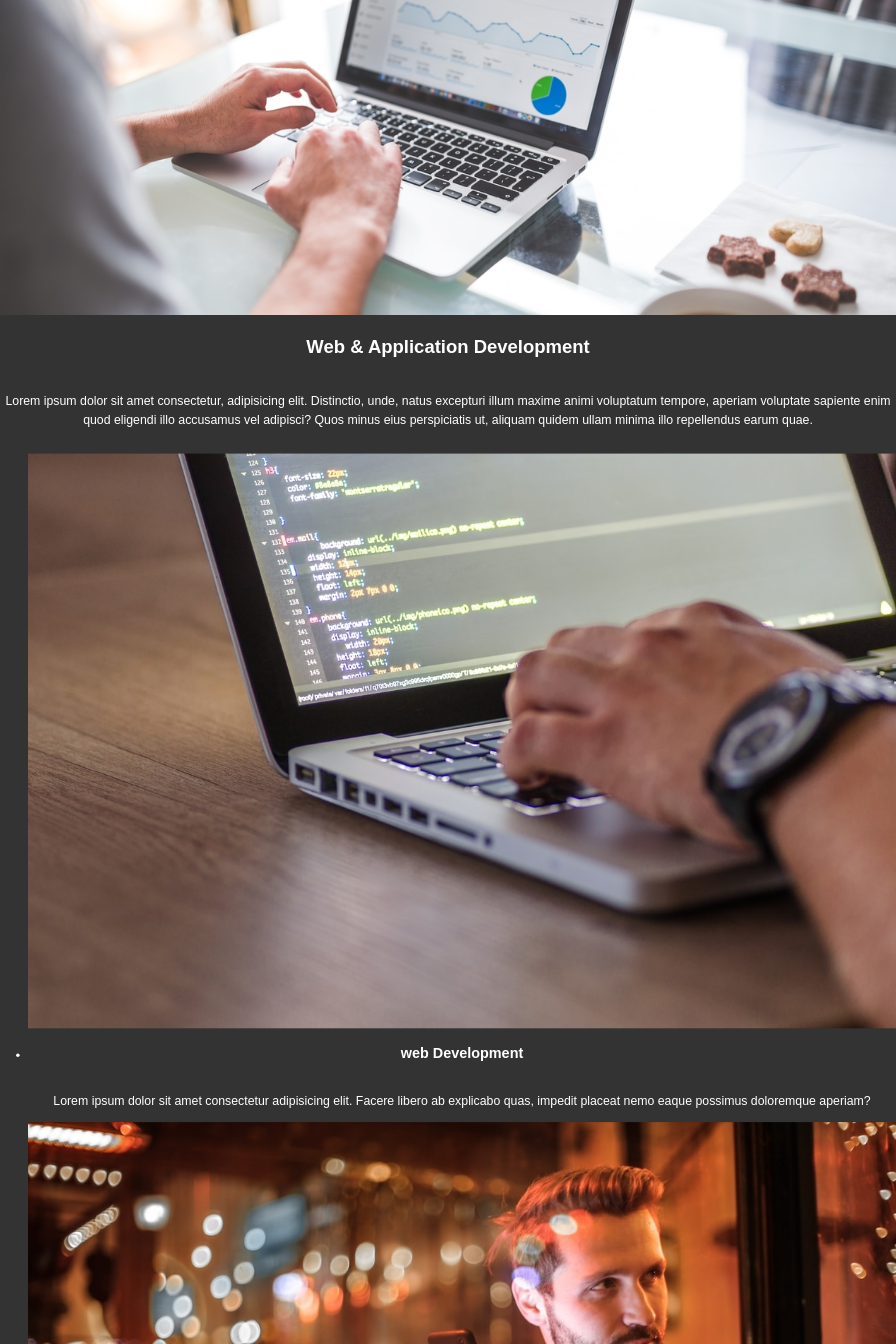
Repository: ErikBaer/MobileFirst
Page: index.html
These files come from the project's save history. The page is drawn as it stood at one moment and after the next save; the edit follows.
The browser window is 1280 px wide. The pictures show the part of the page from y = 0 to 1920 px (the page is 4144 px tall), at 70% of full size.

Above is the page before, as saved 2020-02-15 02:52:10.

### index.html
<!DOCTYPE html>
<html lang="en">
<head>
    <meta charset="UTF-8">
    <meta name="viewport" content="width=device-width, initial-scale=1.0">
    <link rel="stylesheet" type="text/css" href="style.css">
    <title>Acme Web Solutions</title>
</head>
<body>
    <!--Header Showcase -->
   <header id="showcase" class="grid">
    <div class="bg-image"></div>
    <h1>Welcome to Acme Web Solutions</h1>
    <p>Lorem ipsum, dolor sit amet consectetur adipisicing elit.
         Consequuntur voluptas sed, rerum voluptatibus facilis
         earum consectetur repellendus? Natus, consequuntur cum!
        </p>
    <a href="#section-b" class="btn">Read More</a>
</header>

<!-- Main Area -->

<main id="main">

    <!-- Section A -->

    <section id="section-a" class="grid">
        <div class="content-wrap">
            <h2 class="content-title">Web & Application Development</h2>
            <p>Lorem ipsum dolor sit amet consectetur, adipisicing elit.
                Distinctio, unde, natus excepturi illum maxime animi
                voluptatum tempore, aperiam voluptate sapiente enim quod
                 eligendi illo accusamus vel adipisci? Quos minus eius
                 perspiciatis ut, aliquam quidem ullam minima illo
                 repellendus earum quae.</p>
        </div>
    </section>

    <!-- Section B -->

    <section id="section-b" class="grid">
        <ul>
            <li>
                <div class="card">
                    <img src="./Assets/Coding-Person.jpg" alt="">
                    <div class="card-content">
                        <h3 class="card-title">web Development</h3>
                        <p>Lorem ipsum dolor sit amet consectetur
                            adipisicing elit. Facere libero ab explicabo
                            quas, impedit placeat nemo eaque possimus
                            doloremque aperiam?</p>
                    </div>
                </div>
            </li>
            <li>
                <div class="card">
                    <img src="./Assets/mobile-man.jpg" alt="">
                    <div class="card-content">
                        <h3 class="card-title">Mobile Applications</h3>
                        <p>Lorem ipsum dolor sit amet consectetur
                            adipisicing elit. Facere libero ab explicabo
                            quas, impedit placeat nemo eaque possimus
                            doloremque aperiam?</p>
                    </div>
                </div>
            </li>
            <li>
                <div class="card">
                    <img src="./Assets/Charts.jpg" alt="">
                    <div class="card-content">
                        <h3 class="card-title">Tech Marketing</h3>
                        <p>Lorem ipsum dolor sit amet consectetur
                            adipisicing elit. Facere libero ab explicabo
                            quas, impedit placeat nemo eaque possimus
                            doloremque aperiam?</p>
                    </div>
                </div>
            </li>
        </ul>
    </section>

    <!-- Section C -->
    <section id="section-c" class="grid">
        <div class="content-wrap">
            <h2 class="content-title"> We handle all of your digital needs</h2>
            <p>Lorem, ipsum dolor sit amet consectetur adipisicing elit.
                Neque asperiores pariatur dolorem ipsum dicta recusandae
                 optio vel doloremque deserunt maiores?</p>
        </div>
    </section>

    <!-- Section D -->

    <section class="section-d grid">
        <div class="box">
            <h2 class="content-title">Contact Us</h2>
            <p>Lorem ipsum dolor sit, amet consectetur adipisicing elit.
                 Alias, totam quas ipsam doloremque dignissimos doloribus
                 laudantium aut provident dolore. Maxime!</p>
            <p>contact@acmewebsolutions.test</p>
        </div>
        <div class="box">
            <h2 class="content-title">About Our Company</h2>
            <p>Lorem ipsum dolor, sit amet consectetur adipisicing elit.
                Delectus ut placeat, nulla inventore laboriosam quisquam!
                Porro, asperiores libero molestiae a facilis et, ex magni
                 nostrum rem delectus quia ut? Vitae.</p>
        </div>
    </section>
</main>

<!-- Footer -->

<footer id="main-footer" class="grid">
    <div>Acme Web Solutins</div>
    <div>Project by <a href="www.baerdata.de" target="blank">Erik Baer</a></div>
</footer>

</body>
</html>

### style.css
body {
    margin: 0;
    font-family: Arial, Helvetica, sans-serif;
    background-color: #333;
    color: white;
    font-size:1.1em;
    line-height: 1.5;
    text-align: center;
}

img {
    display:block;
    width:100%;
    height: auto;
}

h1, h2, h3 {
    margin:0;
    padding: 1em 0;
}

p {
    margin: 0;
    padding: 1em 0;
}

.btn {
    display: inline-block;
    background: 333;
    color: white;
    text-decoration: none;
    padding: 1em 2em;
    border: 1px solid #666;
    margin: .5em 0
}

.btn:hover {
  background: #eaeaea;
  color: #333;
}

/* Header Showcase */

#showcase {
    min-height: 450px;
    color: #fff;
    text-align: center;
}

#showcase .bg-image {
    position: absolute;
    background: #333 url(/Assets/charts.jpg);
    background-position: center;
    background-repeat: no-repeat;
    background-size: cover;
    width: 100%;
    height: 450px;
}

After the next save:
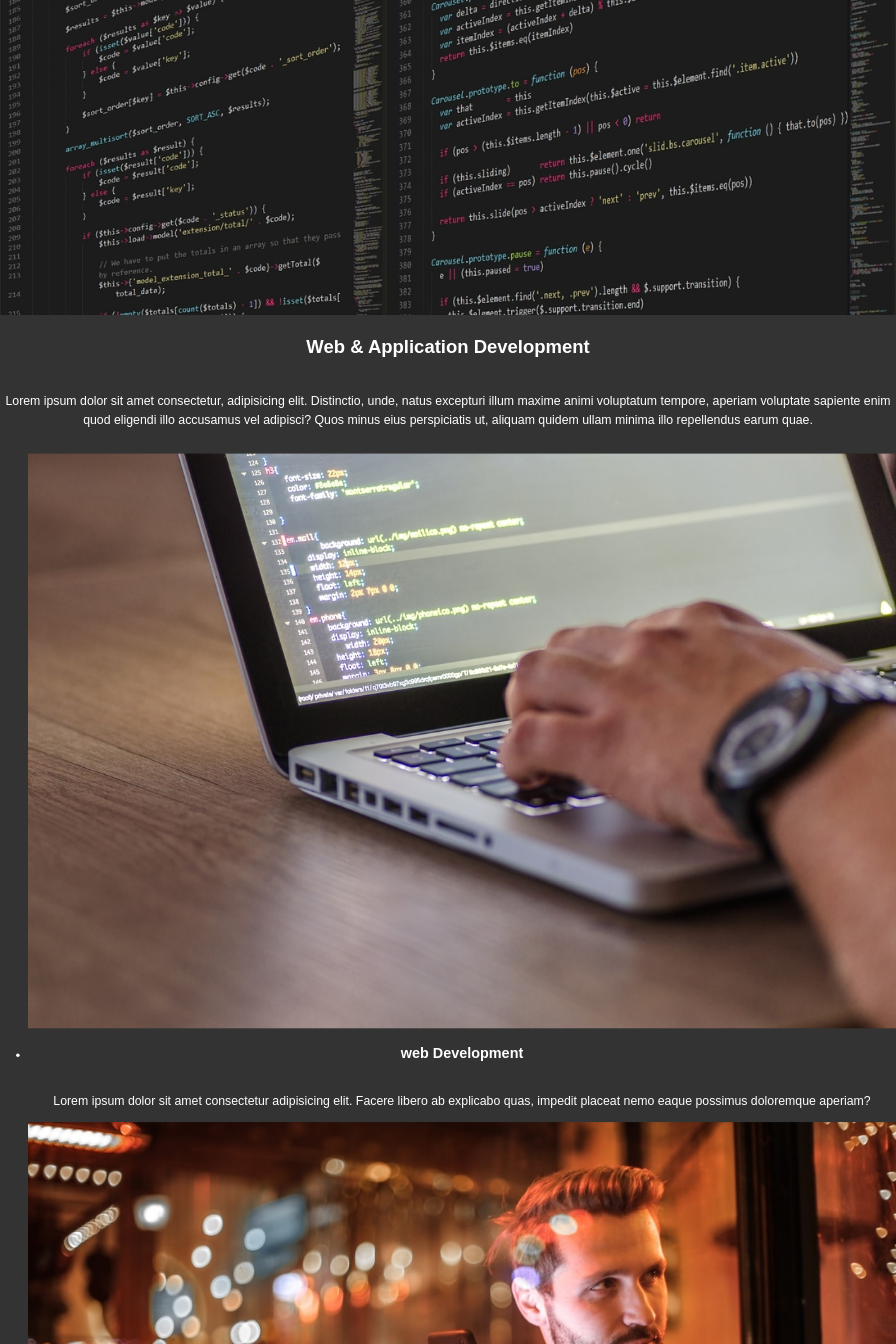
Saved 3 min 12 s later.
--- a/style.css
+++ b/style.css
@@ -49,7 +49,7 @@ p {
 
 #showcase .bg-image {
     position: absolute;
-    background: #333 url(/Assets/charts.jpg);
+    background: #333 url(/Assets/code.jpg);
     background-position: center;
     background-repeat: no-repeat;
     background-size: cover;
